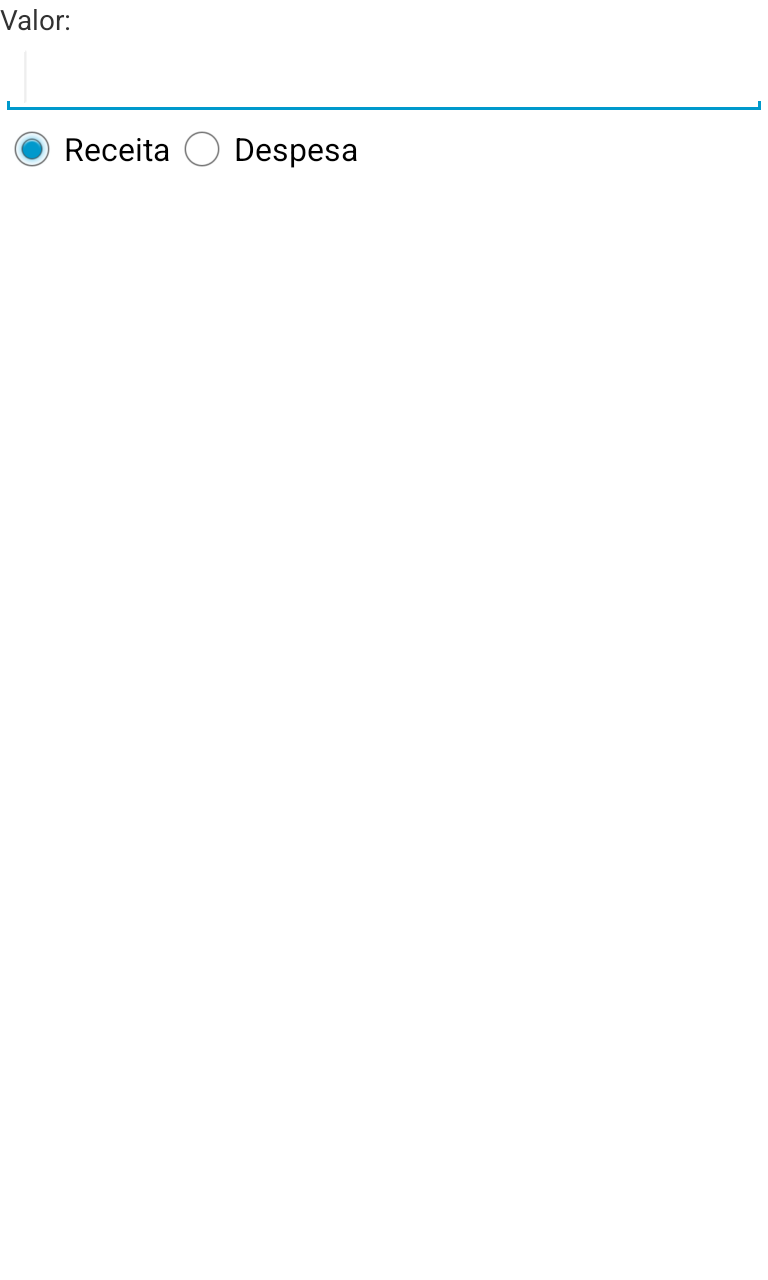
Repository: yurifialho/pos-android
Layout: Projeto10/res/layout/activity_manter_lancamento.xml
These files come from the project's save history. The layout is drawn as it stood at one moment and after the next save; the edit follows.
It is drawn on a 768 x 1280 px phone screen (xhdpi) without system bars, with theme AppTheme; the app's code is not run.

Above is the layout before, as saved 2014-03-22 03:16:15.

### Projeto10/res/layout/activity_manter_lancamento.xml
<LinearLayout xmlns:android="http://schemas.android.com/apk/res/android"
     android:layout_width="match_parent"
     android:layout_height="match_parent"
     android:orientation="vertical">

    <TextView
        android:id="@+id/lbValor"
        android:layout_width="fill_parent"
        android:layout_height="wrap_content"
        android:text="Valor:" />

    <EditText
        android:id="@+id/txValor"
        android:layout_width="fill_parent"
        android:layout_height="wrap_content"
        android:ems="10"
        android:inputType="numberDecimal" >

        <requestFocus />
    </EditText>

		<RadioGroup
		    android:layout_width="fill_parent"
		    android:layout_height="wrap_content"
		    android:orientation="horizontal">
        	<RadioButton
            android:id="@+id/rdReceita"
            android:layout_width="wrap_content"
            android:layout_height="wrap_content"
            android:checked="true"
            android:text="Receita" />

        <RadioButton
            android:id="@+id/rdDespesa"
            android:layout_width="wrap_content"
            android:layout_height="wrap_content"
            android:text="Despesa" />
        </RadioGroup>

</LinearLayout>

Loaded but not shown: Projeto10/res/values/styles.xml (common file); Projeto10/res/values-v11/styles.xml (common file); Projeto10/res/values-v14/styles.xml (common file)

After the next save:
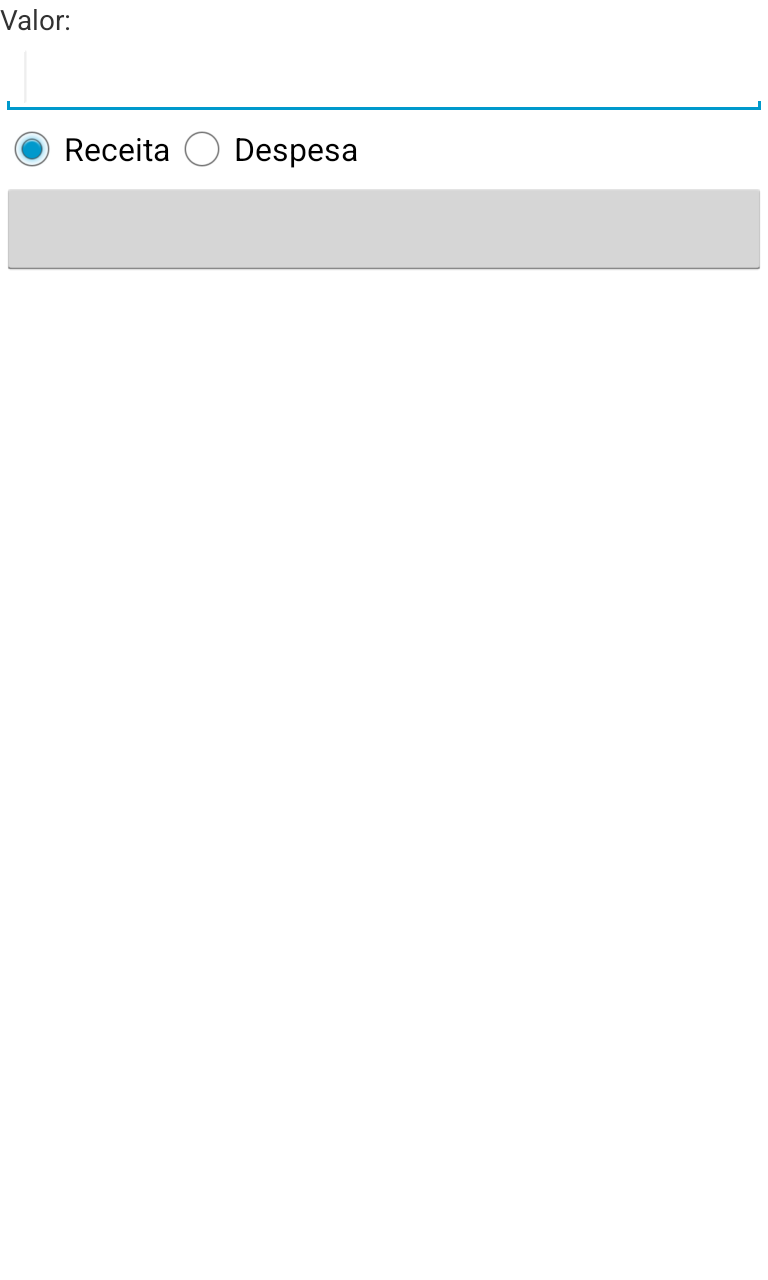
Saved 51 s later.
--- a/Projeto10/res/layout/activity_manter_lancamento.xml
+++ b/Projeto10/res/layout/activity_manter_lancamento.xml
@@ -37,4 +37,7 @@
             android:text="Despesa" />
         </RadioGroup>
 
+	<Button android:id="@+id/btSalvar"
+	    android:layout_width="fill_parent"
+	    android:layout_height="wrap_content"/>
 </LinearLayout>
